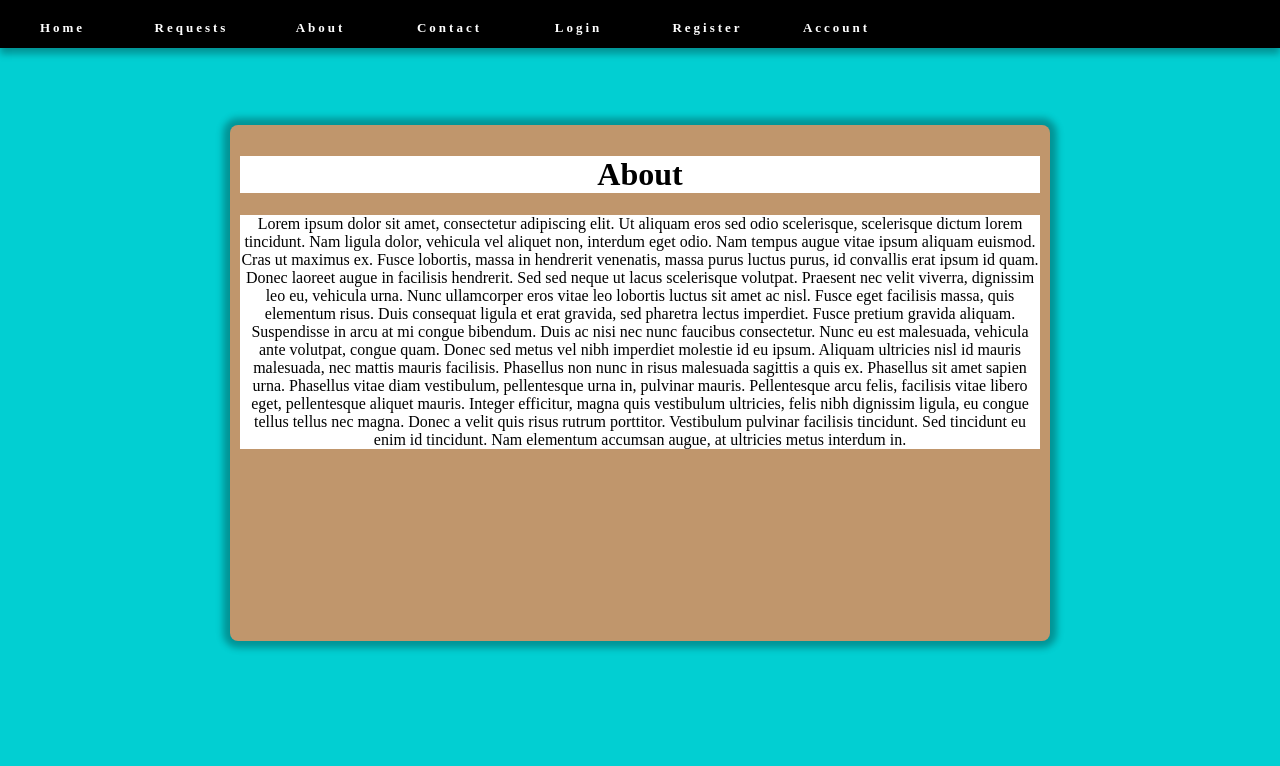
Repository: mailog/Tomorrow
Page: http://localhost/about
An editor plug-in stored every save of this project. The page is shown before and after the next save, followed by the edit.
The browser window is 1280 px wide. The pictures show the whole page.
The page is this project's Thymeleaf template; nobody is signed in. The template is opened directly, without the code that normally fills it, so the values that code supplies are empty.

Above is the page before, as saved 2017-07-30 06:07:32.

After the next save:
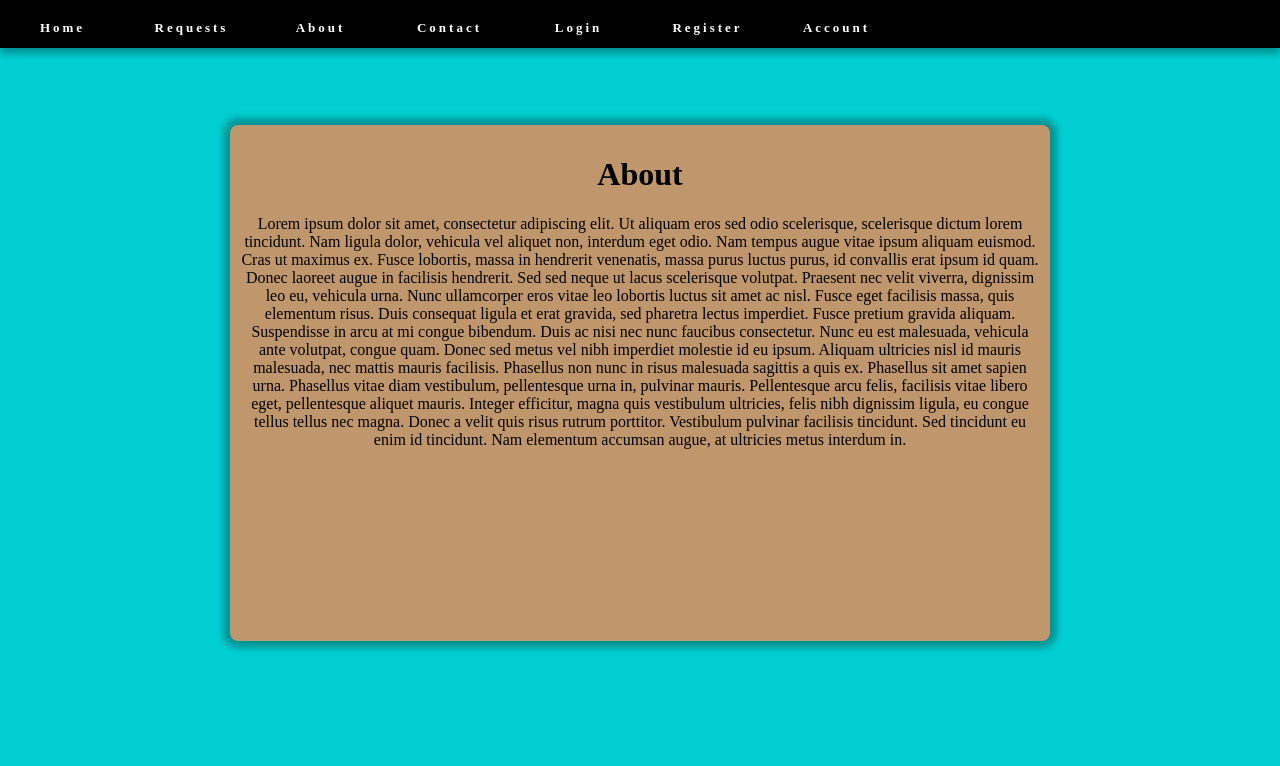
Saved 109 s later.
--- a/Tomorrow/src/main/resources/static/css/about.css
+++ b/Tomorrow/src/main/resources/static/css/about.css
@@ -18,8 +18,7 @@
 
 .label
 {
-	width:auto;
-	height:auto;
+	float:initial;'
 	background-color:white;
 	color:black;
 }

After the save that followed:
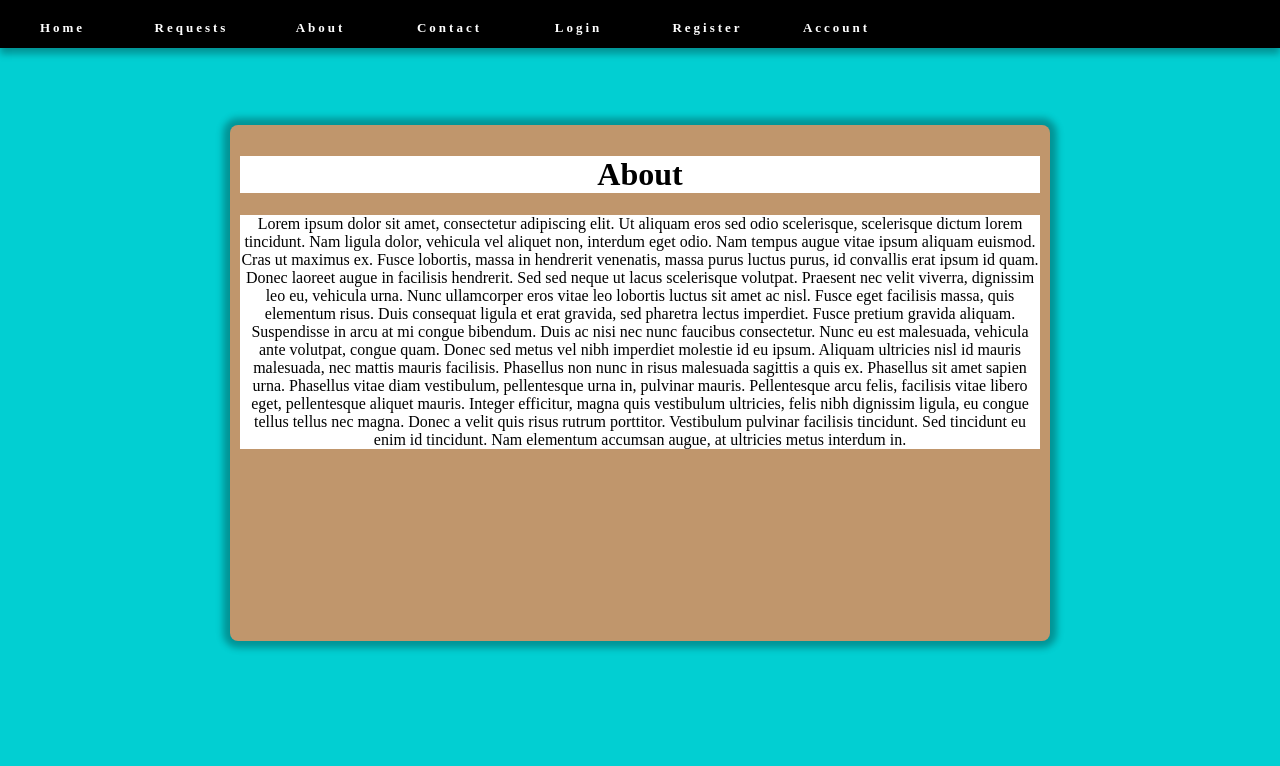
Saved 1 s later.
--- a/Tomorrow/src/main/resources/static/css/about.css
+++ b/Tomorrow/src/main/resources/static/css/about.css
@@ -18,7 +18,7 @@
 
 .label
 {
-	float:initial;'
+	float:initial;
 	background-color:white;
 	color:black;
 }
